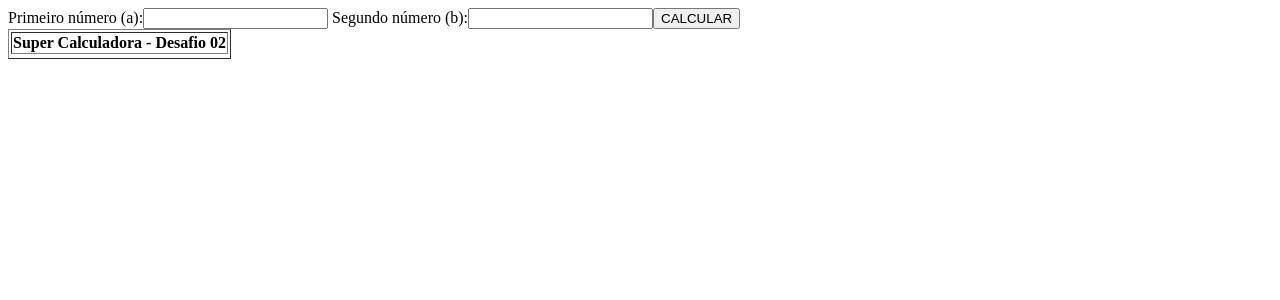
Repository: rrresck/supercalc-xpe
Page: index.html
The author's editor kept a copy of each file at every save. The page is drawn from the files as they stood at one save, then again after the next save.
The browser window is 1280 px wide. The pictures show the whole page.

Above is the page before, as saved 2023-02-10 19:05:18.

After the next save:
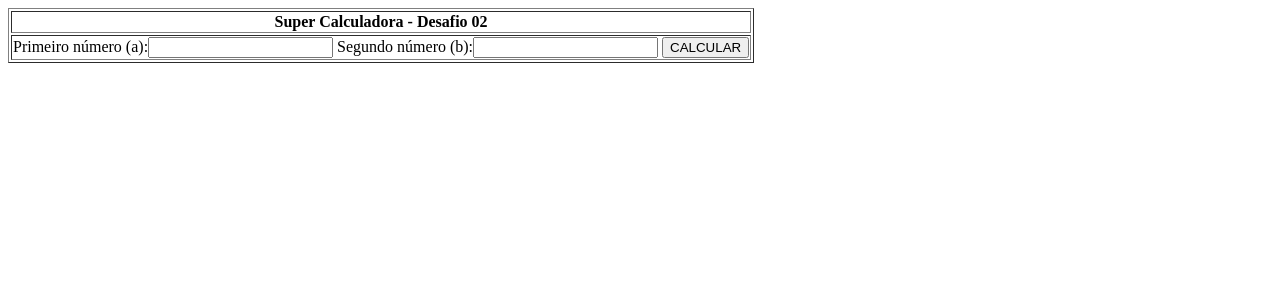
Saved 2 min 3 s later.
--- a/index.html
+++ b/index.html
@@ -12,9 +12,11 @@
             <th class="title">Super Calculadora - Desafio 02</th>
         </tr>
         <tr>
-  Primeiro número (a):<input id="a" type="number" />
-  Segundo número (b):<input id="b" type="number" />
-  <button>CALCULAR</button>
+            <td>
+            Primeiro número (a):<input id="a" type="number" />
+            Segundo número (b):<input id="b" type="number" />
+            <button>CALCULAR</button>
+            </td>
         </tr>
 
 </table>
